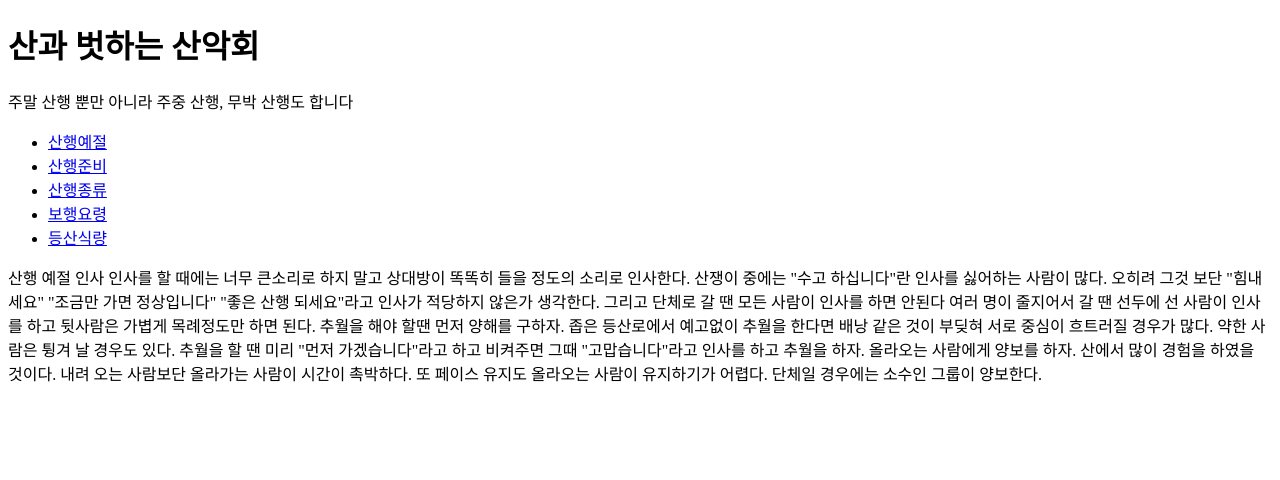
Repository: jinaa11/Kcc_Web
Page: Html/WebContent/sample1.html
The author's editor kept a copy of each file at every save. The page is drawn from the files as they stood at one save, then again after the next save.
The browser window is 1280 px wide. The pictures show the whole page.

Above is the page before, as saved 2024-07-08 06:49:14.

After the next save:
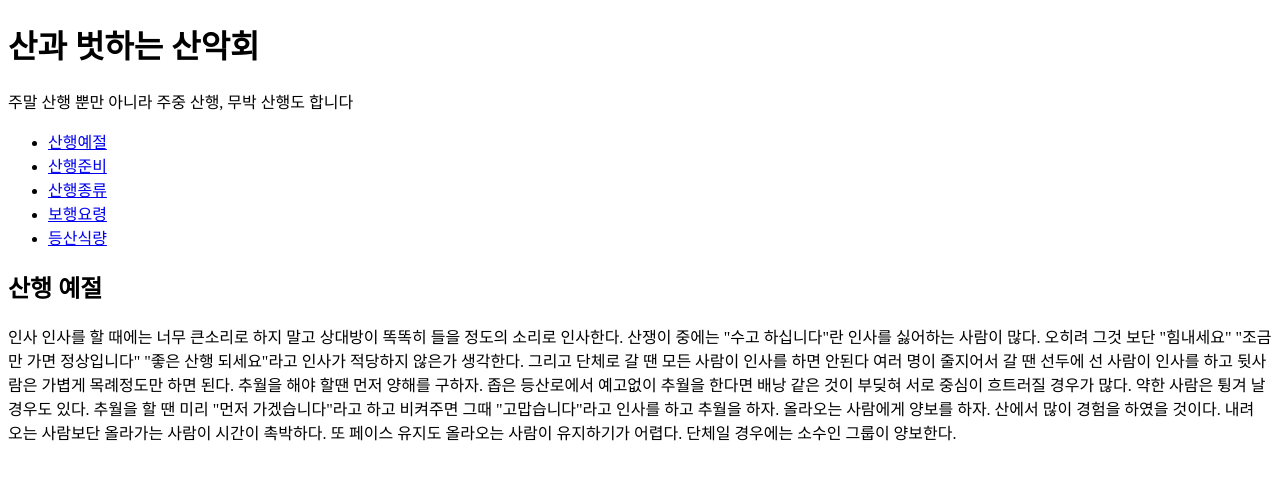
Saved 11 s later.
--- a/Html/WebContent/sample1.html
+++ b/Html/WebContent/sample1.html
@@ -24,12 +24,11 @@
 	<!-- 중간 단락 -->
 	<section>
 		<header>
-
+			<h2>산행 예절 </h2>
 		</header>
 	</section>
 
 
-산행 예절
 
 
 인사
